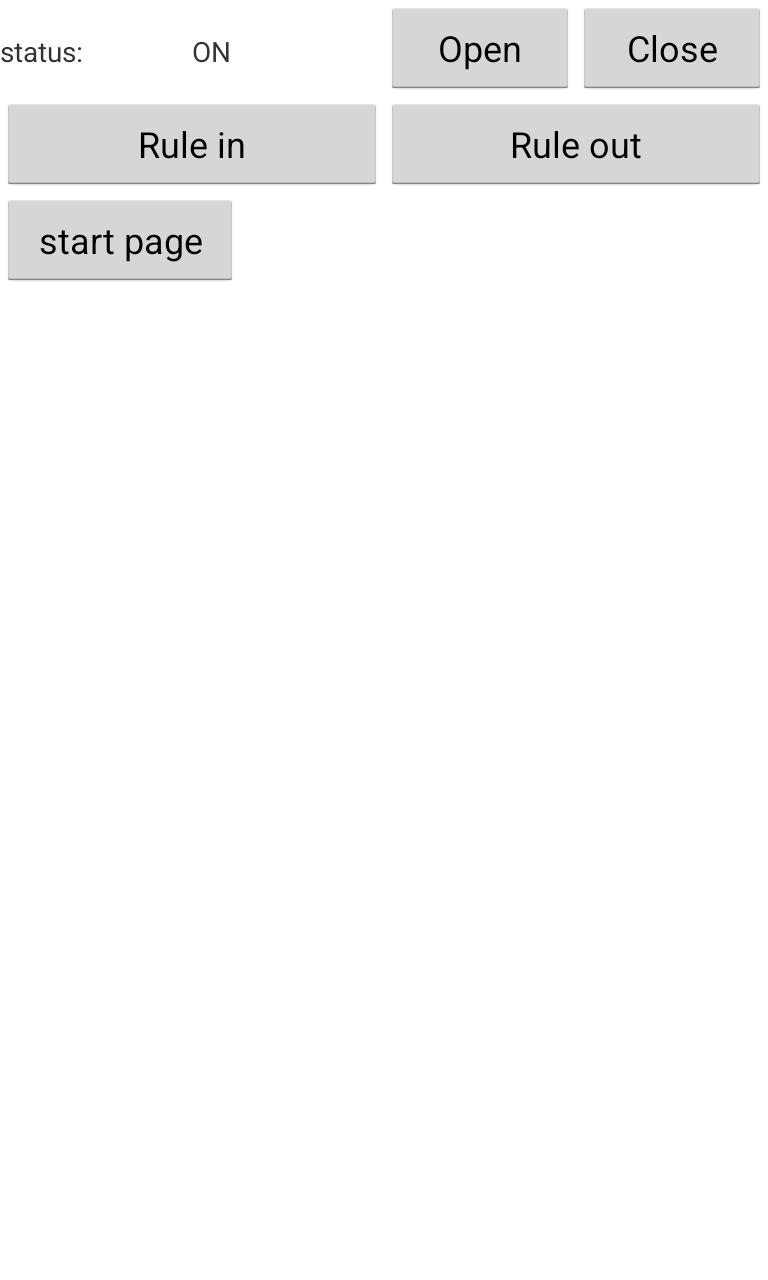
Repository: dthas/d_firewall_c
Layout: src/main/android/eclipse_project/dfirewall/res/layout/activity_main.xml
The author's editor kept a copy of each file at every save. The layout is drawn from the files as they stood at one save, then again after the next save.
It is drawn on a 768 x 1280 px phone screen (xhdpi) without system bars, with theme AppTheme; the app's code is not run.

Above is the layout before, as saved 2017-02-05 04:42:11.

### src/main/android/eclipse_project/dfirewall/res/layout/activity_main.xml
<LinearLayout xmlns:android="http://schemas.android.com/apk/res/android"
android:layout_width="fill_parent"
android:layout_height="wrap_content"
android:orientation="vertical" >

    <LinearLayout
        android:layout_width="fill_parent"
		android:layout_height="wrap_content"
		android:orientation="horizontal" >

	        <TextView
				android:id="@+id/text_view_1"
				android:layout_width="fill_parent"
				android:layout_height="wrap_content"
				android:layout_weight="1"
				android:text="status:" />

	        <TextView
				android:id="@+id/text_view_2"
				android:layout_width="fill_parent"
				android:layout_height="wrap_content"
				android:layout_weight="1"
				android:text="ON" />

	        <Button
			android:id="@+id/button_1"
			android:layout_width="fill_parent"
			android:layout_height="wrap_content"
			android:layout_weight="1"
			android:text="Open" />

			<Button
			android:id="@+id/button_2"
			android:layout_width="fill_parent"
			android:layout_height="wrap_content"
			android:layout_weight="1"
			android:text="Close" />
	</LinearLayout>



    <LinearLayout
       	android:layout_width="fill_parent"
		android:layout_height="wrap_content"
		android:orientation="horizontal" >

			<Button
			android:id="@+id/button_3"
			android:layout_width="fill_parent"
			android:layout_height="wrap_content"
			android:layout_weight="1"
			android:text="Rule in" />

			<Button
			android:id="@+id/button_4"
			android:layout_width="fill_parent"
			android:layout_height="wrap_content"
			android:layout_weight="1"
			android:text="Rule out" />

	</LinearLayout>



    <LinearLayout
       	android:layout_width="wrap_content"
		android:layout_height="wrap_content"
		android:orientation="horizontal" >

			<Button
			android:id="@+id/button_5"
			android:layout_width="120dp"
			android:layout_height="wrap_content"
			android:layout_weight="1"
			android:layout_gravity="bottom"
			android:text="start page" />



	</LinearLayout>

</LinearLayout>

Loaded but not shown: src/main/android/eclipse_project/dfirewall/res/values/styles.xml (common file); src/main/android/eclipse_project/dfirewall/res/values-v11/styles.xml (common file); src/main/android/eclipse_project/dfirewall/res/values-v14/styles.xml (common file)

After the next save:
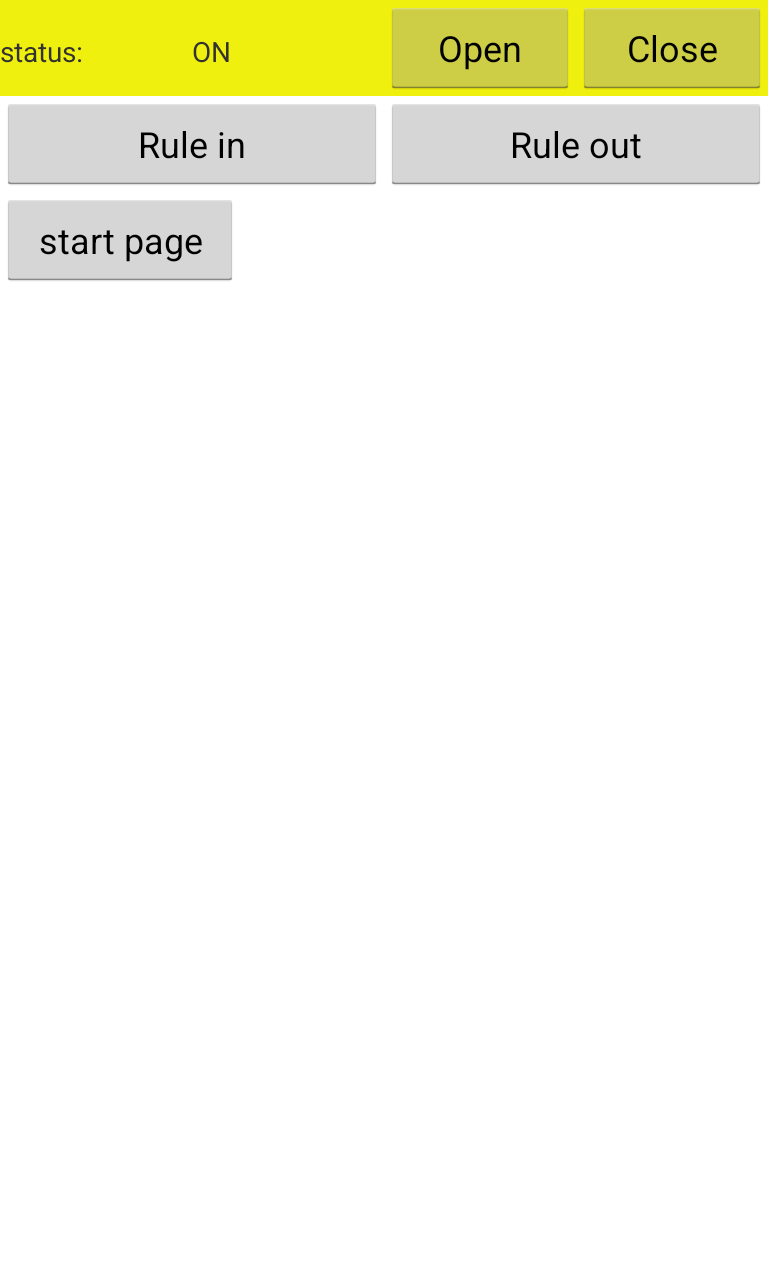
Saved 6 min 34 s later.
--- a/src/main/android/eclipse_project/dfirewall/res/layout/activity_main.xml
+++ b/src/main/android/eclipse_project/dfirewall/res/layout/activity_main.xml
@@ -6,7 +6,8 @@
     <LinearLayout
         android:layout_width="fill_parent"
 		android:layout_height="wrap_content"
-		android:orientation="horizontal" >
+		android:orientation="horizontal"
+		android:background="#f0f00f">
 
 	        <TextView
 				android:id="@+id/text_view_1"
